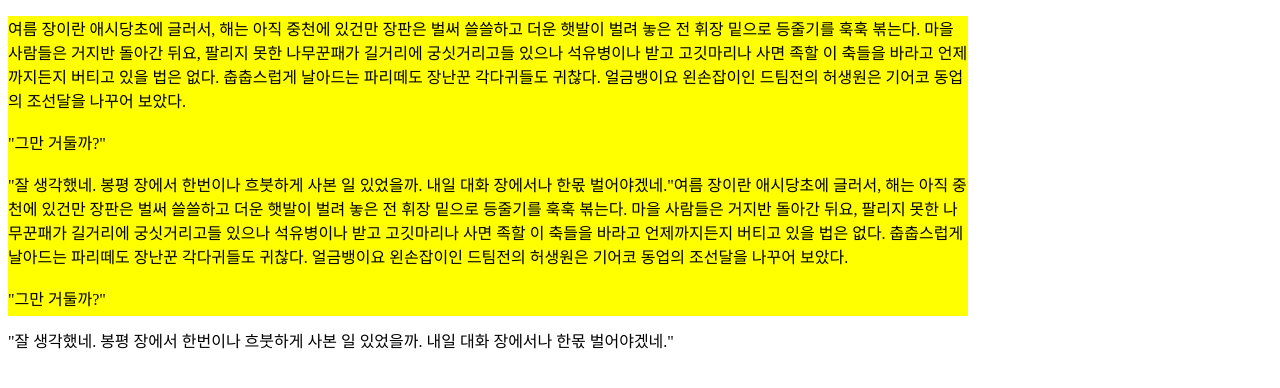
Repository: jeemaru/htme_01
Page: css_02/ex_02.html
These files come from the project's save history. The page is drawn as it stood at one moment and after the next save; the edit follows.
The browser window is 1280 px wide. The pictures show the whole page.

Above is the page before, as saved 2022-04-07 02:31:16.

After the next save:
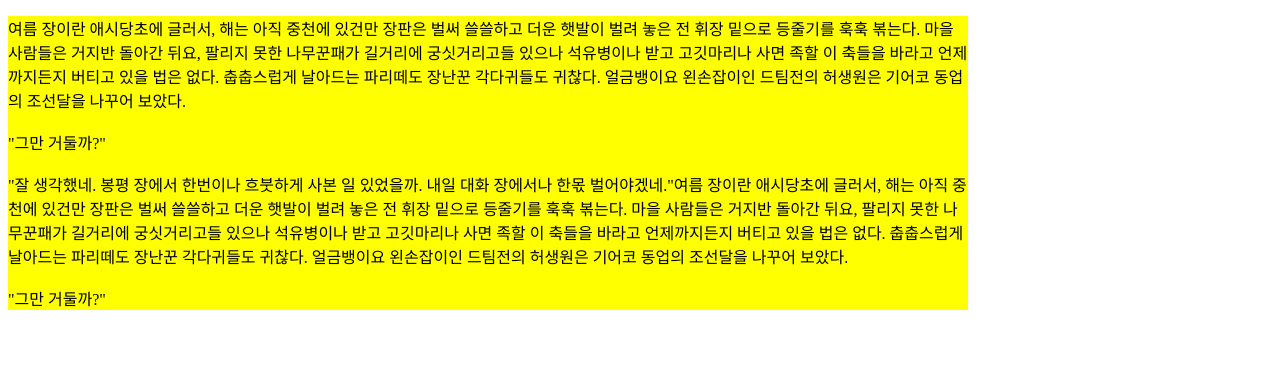
Saved 41 s later.
--- a/css_02/ex_02.html
+++ b/css_02/ex_02.html
@@ -37,9 +37,7 @@
                조선달을 나꾸어 보았다.<br>
                <br>
                "그만 거둘까?"<br>
-               <br>
-               "잘 생각했네. 봉평 장에서 한번이나 흐붓하게 사본 일 있었을까.
-               내일 대화 장에서나 한몫 벌어야겠네."<br>
+
            </p>
 
 

After the save that followed:
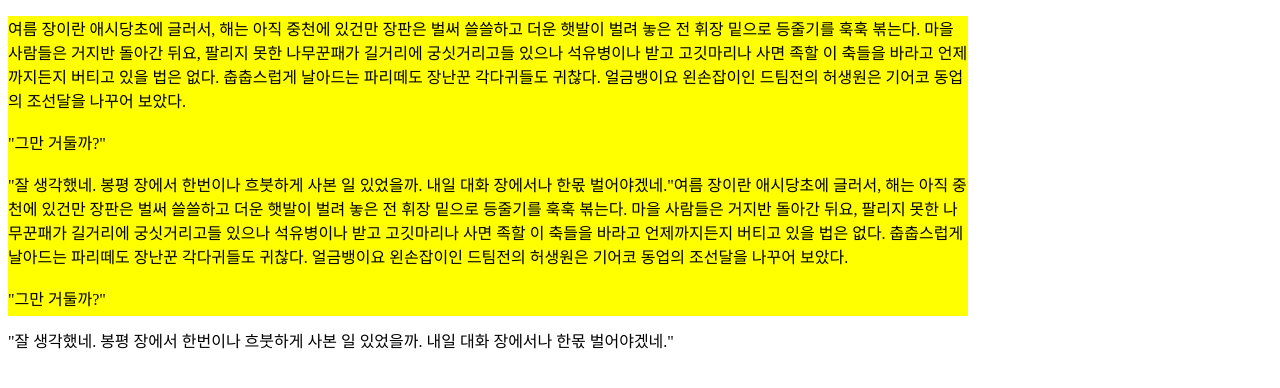
Saved 9 s later.
--- a/css_02/ex_02.html
+++ b/css_02/ex_02.html
@@ -37,7 +37,9 @@
                조선달을 나꾸어 보았다.<br>
                <br>
                "그만 거둘까?"<br>
-
+               <br>
+               "잘 생각했네. 봉평 장에서 한번이나 흐붓하게 사본 일 있었을까.
+               내일 대화 장에서나 한몫 벌어야겠네."<br>
            </p>
 
 
